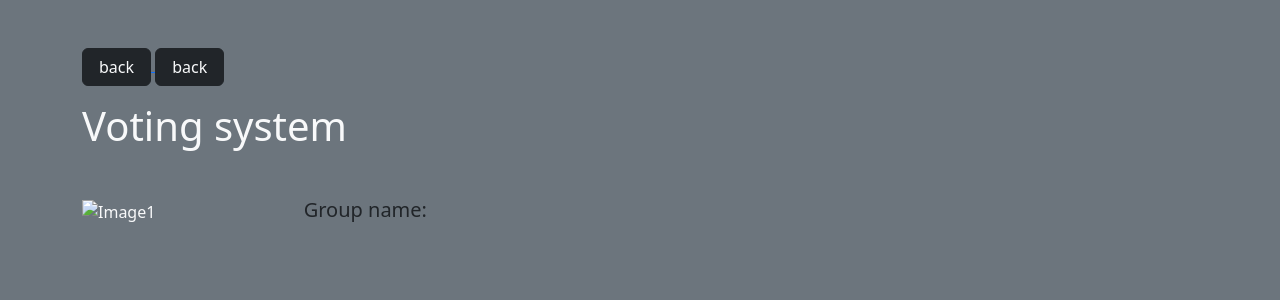
Repository: AvinashLikesToLearnNewStuff/VotingSite
Page: http://localhost/partials/dashboard.php
An editor plug-in stored every save of this project. The page is shown before and after the next save, followed by the edit.
The browser window is 1280 px wide. The pictures show the whole page.
The page is run by PHP 8.4 with error messages shown; the project is at /var/www/html/. The session is filled in as if someone had signed in: {"groups": 1, "id": 1, "status": 1, "data": {"id": 1, "_id": "000000000000000000000001", "name": "Test User", "username": "testuser", "email": "test@example.com", "role": "admin"}}. Other server files are loaded and not shown.

Above is the page before, as saved 2023-03-10 19:46:41.

### partials/dashboard.php
<!DOCTYPE html>
<html lang="en">
<head>
    <meta charset="UTF-8">
    <meta http-equiv="X-UA-Compatible" content="IE=edge">
    <meta name="viewport" content="width=device-width, initial-scale=1.0">
    <title>Voting System dashboard</title>
        <!-- bootstrap css link -->
     <link href="https://cdn.jsdelivr.net/npm/bootstrap@5.2.3/dist/css/bootstrap.min.css" rel="stylesheet" integrity="sha384-rbsA2VBKQhggwzxH7pPCaAqO46MgnOM80zW1RWuH61DGLwZJEdK2Kadq2F9CUG65" crossorigin="anonymous">


</head>

<body class="bg-secondary text-light">
    <div class="container my-5">

    <a href="../">
        <button class="btn btn-dark text-light px-3">back</button>
    </a>
    <a href="logout.php">

        <button class="btn btn-dark text-light px-3">back</button>
    </a>
<h1 class = "my-3">Voting system</h1>
<div class="row my-5">
    <div class="col-md-7">
        <!-- groups -->
        <div class="row">
            <div class="col-md-4 mx-auto d-block">

<img src="" alt="Image1">
            </div>
            <div class="col-md-8">
<strong class="text-dark h5">Group name:</strong>
            </div>
        </div>
    </div>
    <div class="col-md-5">
        <!-- user -->
    </div>
</div>
    </div>
</body>
</html>

After the next save:
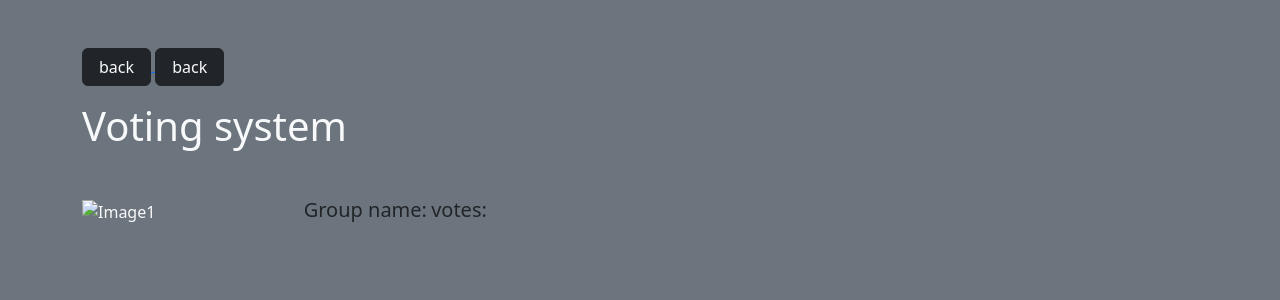
Saved 17 s later.
--- a/partials/dashboard.php
+++ b/partials/dashboard.php
@@ -32,6 +32,7 @@
             </div>
             <div class="col-md-8">
 <strong class="text-dark h5">Group name:</strong>
+<strong class="text-dark h5">votes:</strong>
             </div>
         </div>
     </div>
